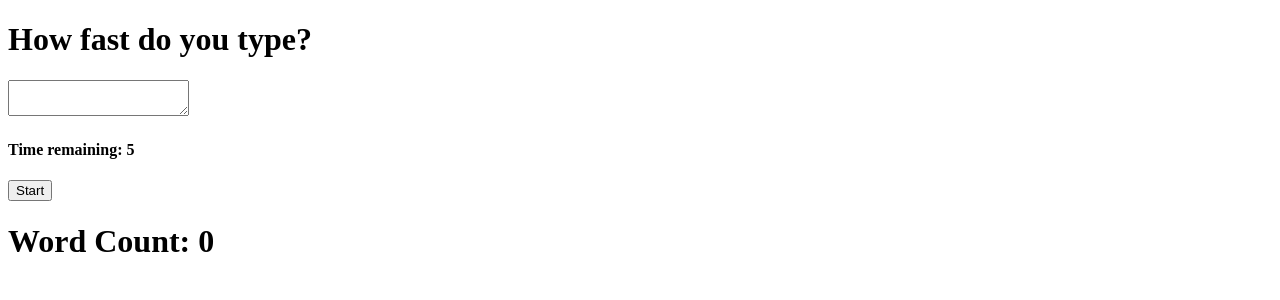
Repository: Lakshyyaa/Speed-Test
Page: /
The author's editor kept a copy of each file at every save. The page is drawn from the files as they stood at one save, then again after the next save.
The browser window is 1280 px wide. The pictures show the whole page.
The project was rebuilt for these pictures with package versions that can differ from the ones it lists, and the page was loaded fresh each time.

Above is the page before, as saved 2023-01-31 22:30:32.

After the next save:
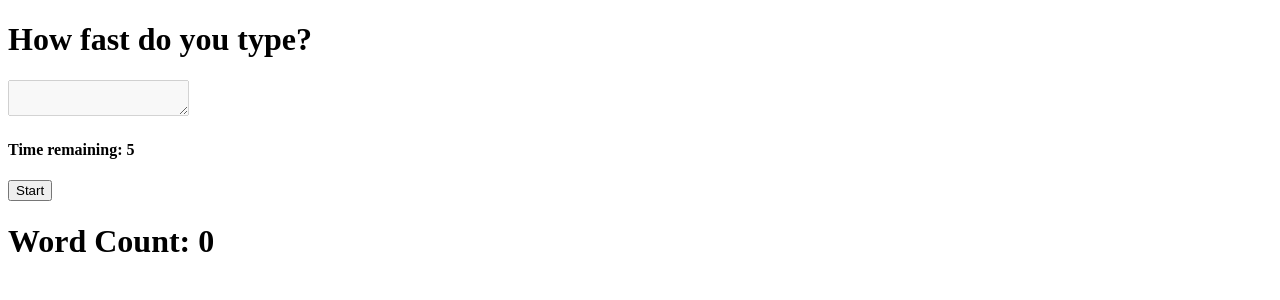
Saved 8 s later.
--- a/src/App.js
+++ b/src/App.js
@@ -38,7 +38,7 @@ function App(props) {
       <textarea
         onChange={handleChange}
         value={text}
-        disabled={start}
+        disabled={!start}
       />
       <h4>Time remaining: {time}</h4>
       <button onClick={() => handleStart()} disabled={start}>Start</button>
